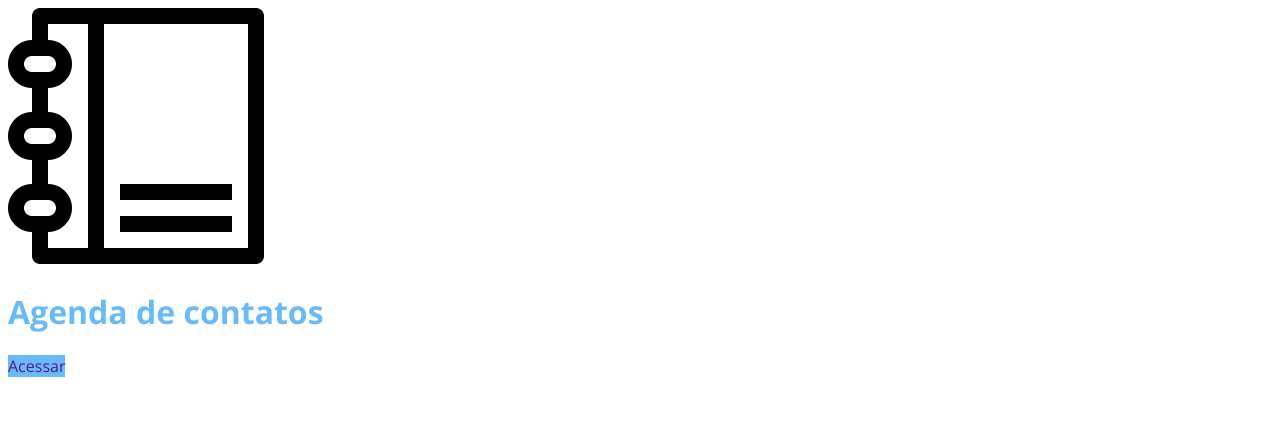
Repository: ricardolino-hub/agenda-dynamic-web-project
Page: http://localhost/Agenda/
These files come from the project's save history. The page is drawn as it stood at one moment and after the next save; the edit follows.
The browser window is 1280 px wide. The pictures show the whole page.
The page is served by Tomcat 9. Other server files are loaded and not shown.

Above is the page before, as saved 2023-08-25 22:44:40.

### Agenda/src/main/webapp/index.html

<!DOCTYPE html>
<html lang="pt-br">
<head>
<meta charset="UTF-8">
<title>Agenda de contatos</title>
<link rel="icon" href="images/telephone.png">
<link rel="stylesheet" href="style.css">
</head>
<body>
	<img src="images/agenda.png">
	<h1>Agenda de contatos</h1>
	<a href="" class="button1">Acessar</a>
</body>
</html>

### Agenda/src/main/webapp/style.css
@charset "UTF-8";
@import url('https://fonts.googleapis.com/css2?family=Open+Sans:wght@400;700&display=swap');

body {
	font-family: 'Open Sans', sans-serif;
	font-size: 1em;
	font-weight: 400;
}

h1 {
	color: #66bbff;
}

.button1 {
	text-decoration: none;
	background-color: #66bbff;
}

After the next save:
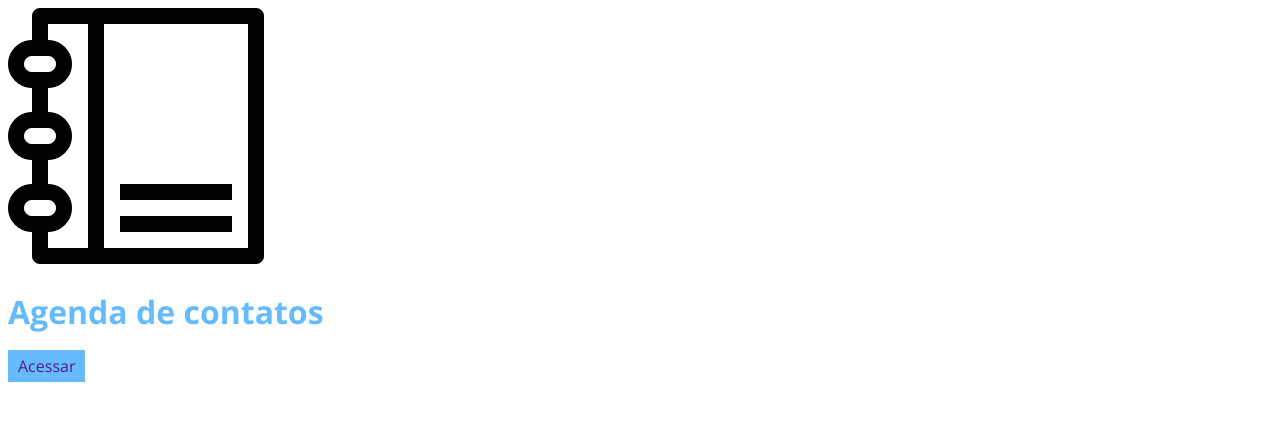
Saved 14 s later.
--- a/Agenda/src/main/webapp/style.css
+++ b/Agenda/src/main/webapp/style.css
@@ -14,4 +14,5 @@ h1 {
 .button1 {
 	text-decoration: none;
 	background-color: #66bbff;
+	padding: 5px 10px;
 }
